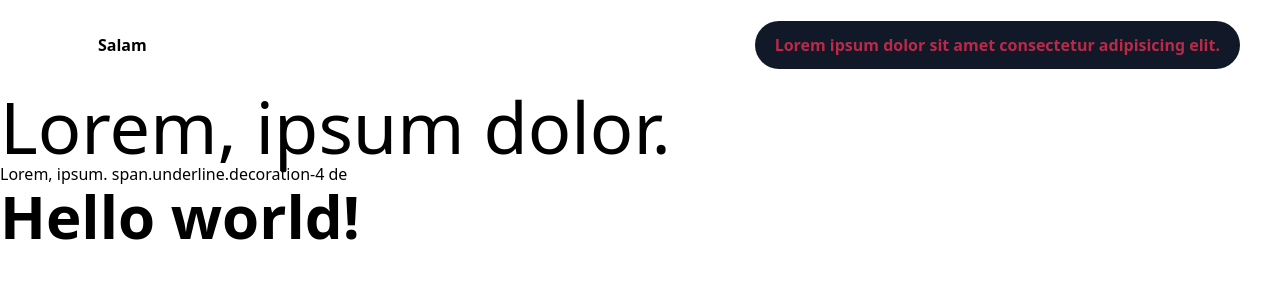
Repository: khaled-m1/Blog-Next.js
Page: /
The author's editor kept a copy of each file at every save. The page is drawn from the files as they stood at one save, then again after a run of saves.
The browser window is 1280 px wide. The pictures show the whole page.
The project was rebuilt for these pictures with package versions that can differ from the ones it lists, and the page was loaded fresh each time. The framework's server and built-in components were replaced by stand-ins that run in the browser. Also part of the build but not shown: next.config.js.

Above is the page before, as saved 2023-01-15 23:44:53.

After the next 2 saves:
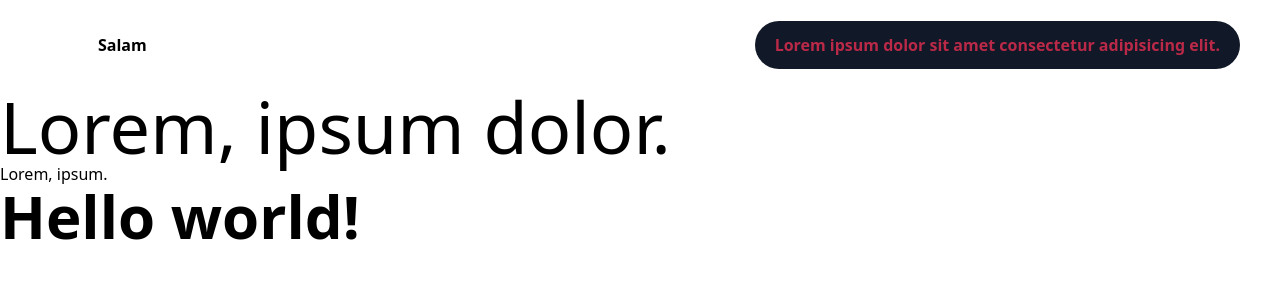
The 2 saves are shown as one change because they came seconds apart.
The last was saved 6 s later.
--- a/components/Bannar.tsx
+++ b/components/Bannar.tsx
@@ -7,7 +7,7 @@ export const Bannar = () => {
         <h1 className="text-7xl">Lorem, ipsum dolor.</h1>
       <h2 className="mt-5 md:mt-0">
         Lorem, ipsum.
-        span.underline.decoration-4 de
+        <span className="underline decoration-4"></span>
       </h2>
       </div>
     </div>
